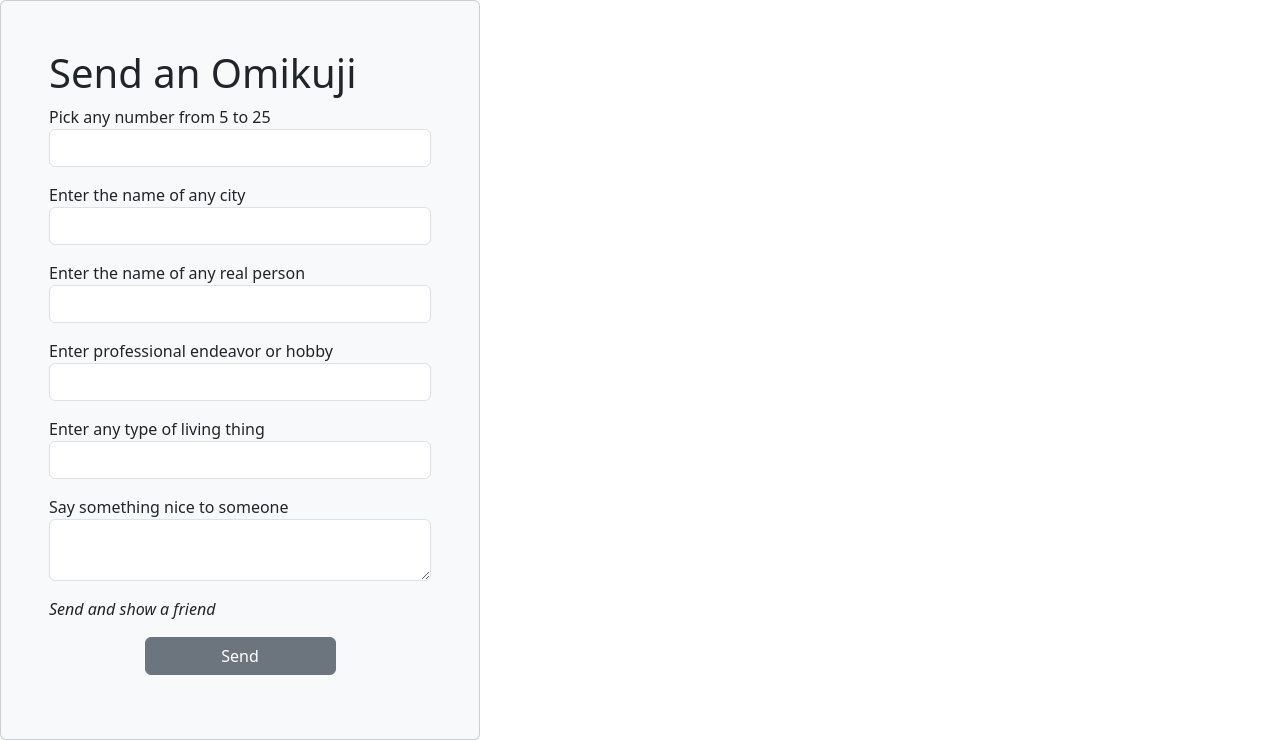
Repository: ShathaMorales/Java-Stack
Page: http://localhost/OmikujiForm/WEB-INF/index.jsp
An editor plug-in stored every save of this project. The page is shown before and after the next save, followed by the edit.
The browser window is 1280 px wide. The pictures show the whole page.
The page is served by Tomcat 10. Nobody is signed in. Other server files are loaded and not shown. The template is opened directly, without the code that normally fills it, so the values that code supplies are empty.

Above is the page before, as saved 2023-05-06 10:49:55.

### _java/JavaSpring/OmikujiForm/OmikujiForm/src/main/webapp/WEB-INF/index.jsp
<%@ page language="java" contentType="text/html; charset=UTF-8"
    pageEncoding="UTF-8"%>
<%@ taglib prefix = "c" uri = "http://java.sun.com/jsp/jstl/core" %>
<%@ taglib prefix="form" uri="http://www.springframework.org/tags/form"%>
<!DOCTYPE html>
<html>
<head>
<meta charset="UTF-8">
<link href="https://cdn.jsdelivr.net/npm/bootstrap@5.3.0-alpha3/dist/css/bootstrap.min.css" rel="stylesheet" integrity="sha384-KK94CHFLLe+nY2dmCWGMq91rCGa5gtU4mk92HdvYe+M/SXH301p5ILy+dN9+nJOZ" crossorigin="anonymous">
<title>Omikuji Form</title>
</head>
<body>
	<div class="card p-5 bg-light center m-0 auto" style="width: 30rem;">
		<h1>Send an Omikuji</h1>
		<form action="/omikuji/handle" method="POST">
			<p><label>Pick any number from 5 to 25</label>
			<input class="form-control" type="number" name="number"></p>

			<p><label>Enter the name of any city</label>
			<input class="form-control" type="text" name="city"></p>

			<p><label>Enter the name of any real person</label>
			<input class="form-control" type="text" name="name"></p>

			<p><label>Enter professional endeavor or hobby</label>
			<input class="form-control" type="text" name="hobby"></p>

			<p><label>Enter any type of living thing</label>
			<input class="form-control" type="text" name="thing"></p>

			<p><label>Say something nice to someone</label>
			<textarea class="form-control" id="textarea" name="textarea"></textarea></p>

			<p><label class="fst-italic">Send and show a friend</label>
			<div class="d-grid gap-2 col-6 mx-auto">
				<input class="btn btn-secondary" type="submit" value="Send">
			</div></p>
		</form>
	</div>

</body>
</html>

After the next save:
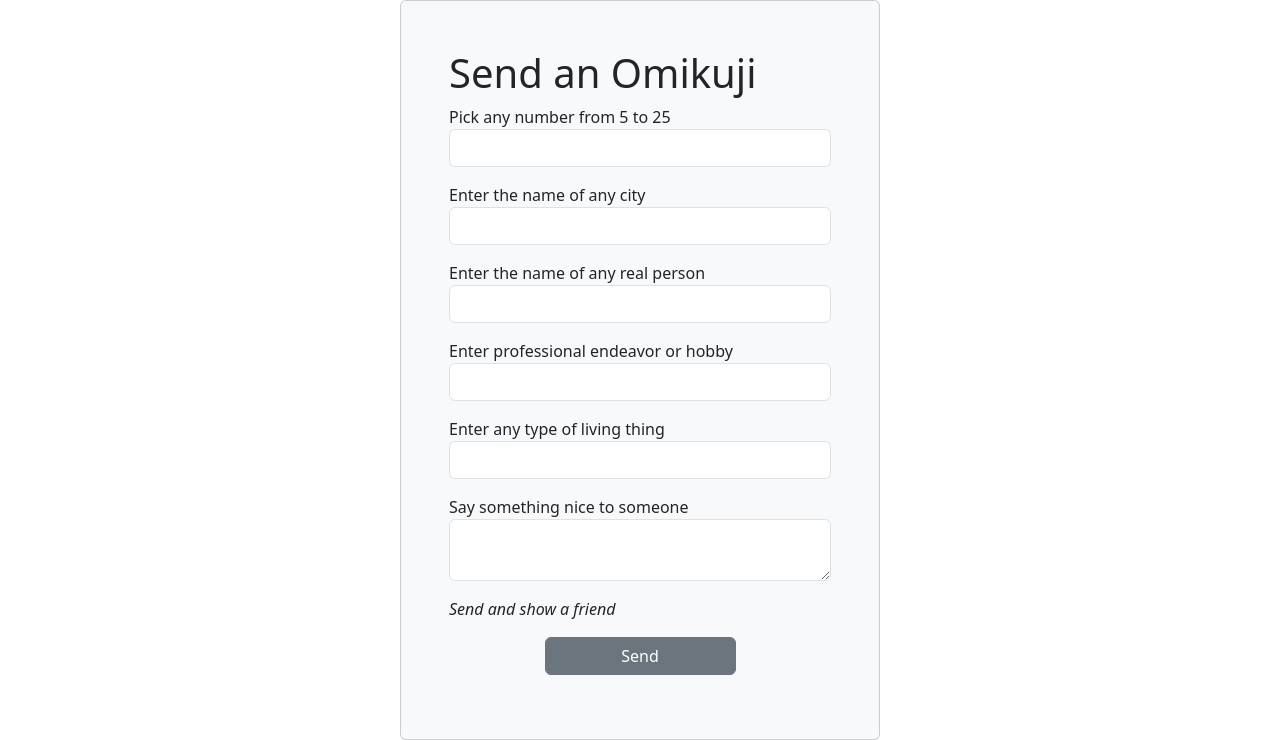
Saved 64 s later.
--- a/_java/JavaSpring/OmikujiForm/OmikujiForm/src/main/webapp/WEB-INF/index.jsp
+++ b/_java/JavaSpring/OmikujiForm/OmikujiForm/src/main/webapp/WEB-INF/index.jsp
@@ -10,7 +10,7 @@
 <title>Omikuji Form</title>
 </head>
 <body>
-	<div class="card p-5 bg-light center m-0 auto" style="width: 30rem;">
+	<div class="card p-5 bg-light center m-auto" style="width: 30rem;">
 		<h1>Send an Omikuji</h1>
 		<form action="/omikuji/handle" method="POST">
 			<p><label>Pick any number from 5 to 25</label>
